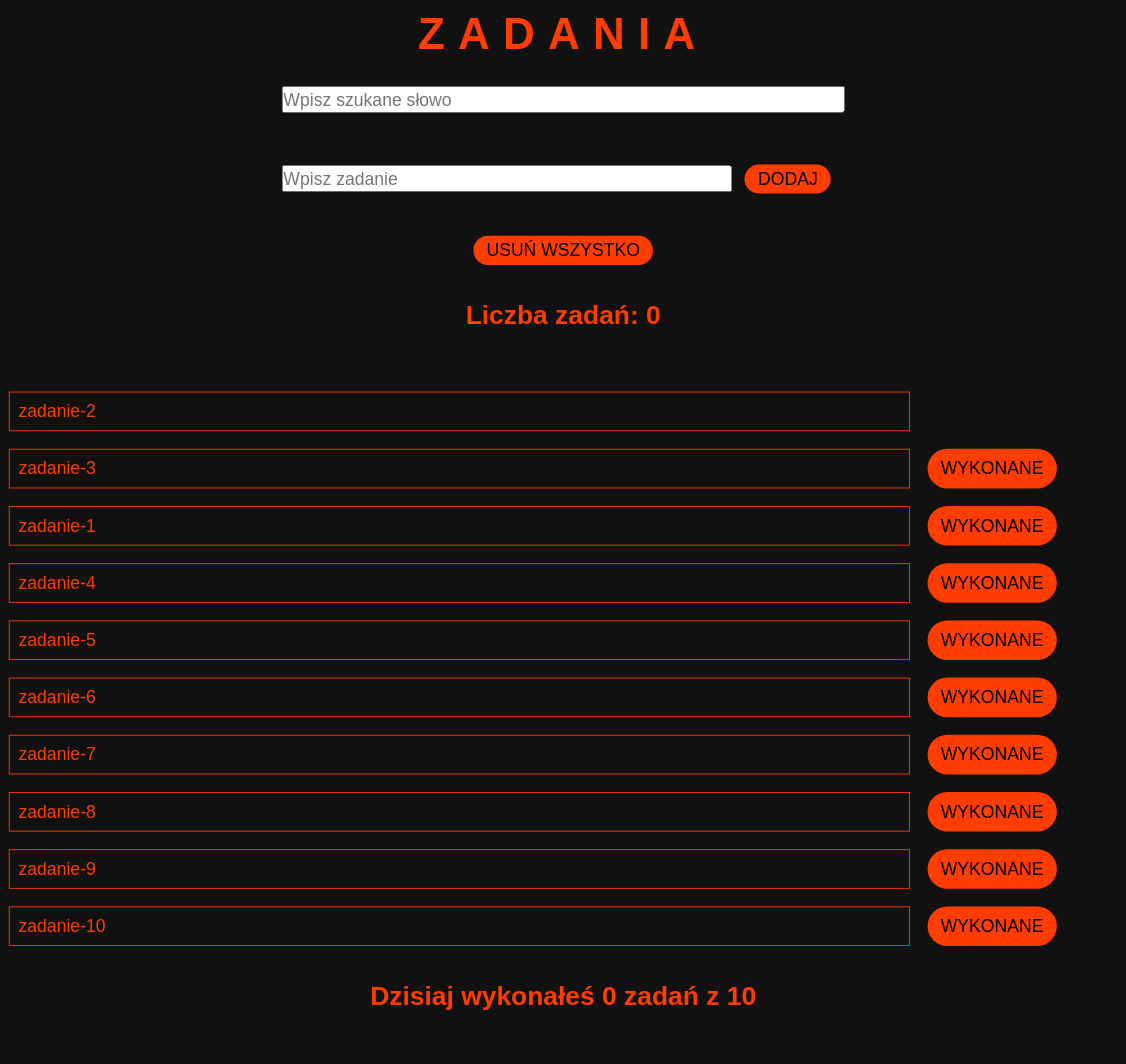
Repository: RobertDsr/To-Do-List
Page: index.html
The author's editor kept a copy of each file at every save. The page is drawn from the files as they stood at one save, then again after the next save.
The browser window is 1280 px wide. The pictures show the whole page, at 88% of full size.
The style sheet was rebuilt from its Sass, Less or Tailwind sources for each picture, by a compiler version that may differ from the author's.

Above is the page before, as saved 2022-01-06 08:31:00.

### index.html
<!DOCTYPE html>
<html lang="en">

<head>
    <meta charset="UTF-8">
    <meta http-equiv="X-UA-Compatible" content="IE=edge">
    <meta name="viewport" content="width=device-width, initial-scale=1.0">
    <title>To Do List</title>
    <link rel="stylesheet" href="css/style.min.css">
</head>

<body>
    <section class="main-wrapper">
        <h1 class="title">ZADANIA</h1>
        <input class="search" type="text" placeholder="Wpisz szukane słowo">
        <form class="add-task" action="">
            <input class="add-task__input" type="text" placeholder="Wpisz zadanie">
            <button class="btn btn--small">DODAJ</button>
        </form>
        <button class="btn btn--large">USUŃ WSZYSTKO</button>
        <h2 class="title-count-task">Liczba zadań: <span class="count-task">0</span></h2>
            <ul class="list">
                <li class="list__item">zadanie-2</li>

                <li class="list__item">zadanie-3</li>
                <button class="btn btn--medium">WYKONANE</button>
                <li class="list__item">zadanie-1</li>
                <button class="btn btn--medium">WYKONANE</button>
                <li class="list__item">zadanie-4</li>
                <button class="btn btn--medium">WYKONANE</button>
                <li class="list__item">zadanie-5</li>
                <button class="btn btn--medium">WYKONANE</button>
                <li class="list__item">zadanie-6</li>
                <button class="btn btn--medium">WYKONANE</button>
                <li class="list__item">zadanie-7</li>
                <button class="btn btn--medium">WYKONANE</button>
                <li class="list__item">zadanie-8</li>
                <button class="btn btn--medium">WYKONANE</button>
                <li class="list__item">zadanie-9</li>
                <button class="btn btn--medium">WYKONANE</button>
                <li class="list__item">zadanie-10</li>
                <button class="btn btn--medium">WYKONANE</button>
            </ul>
        <h2 class="title-count-task">Dzisiaj wykonałeś <span class="count-task">0</span> zadań z <span
                class="count-task">10</span></h2>
    </section>

    <script src="/js/main.js"></script>
</body>

</html>

### js/main.js
const removeTask = (e) => {

}

document.querySelectorAll('.btn--medium').forEach(btn => btn.addEventListener('click', removeTask));
const li = document.querySelectorAll('list__item');

### sass/style.scss
@import "variables";
@import "reset";
@import "base";
@import "main";

### sass/_variables.scss
:root {
    --bg-main-color: rgb(17, 17, 17);
    --font-main-color: rgb(255, 61, 0);
    --btn-bg-color: rgb(255, 61, 0);
}

### sass/_base.scss
body {
    background-color: var(--bg-main-color);
    font-family: Arial, Helvetica, sans-serif;
    color: var(--font-main-color);
}

button {
    background-color: var(--btn-bg-color);
    border: none;
    margin: 10px;
    padding: 5px 15px;
    border-radius: 2em;
    font-size: 20px;
    cursor: pointer;
}

### sass/_main.scss
.main-wrapper {
    display: flex;
    flex-direction: column;
}

.title {
    margin: 10px;
    text-align: center;
    font-size: 50px;
    letter-spacing: 0.3em;
}

.search {
    margin: 20px auto;
    min-height: 30px;
    min-width: 50%;
    font-size: 20px;
}

.add-task {
    margin: 20px auto;
    min-width: 50%;
}

.add-task__input {
    margin: 20px auto;
    min-height: 30px;
    min-width: 80%;
    font-size: 20px;
}

.btn--large {
    margin: 10px auto;
}

.title-count-task {
    margin: 30px 30px 60px;
    text-align: center;
    font-size: 30px;
}

.list {
    display: flex;
    flex-wrap: wrap;
}

.list__item {
    flex-basis: 80%;
    font-size: 20px;
    margin: 10px;
    padding: 10px;
    border: 1px solid ;
}

Loaded but not shown: sass/_reset.scss (common file)

After the next save:
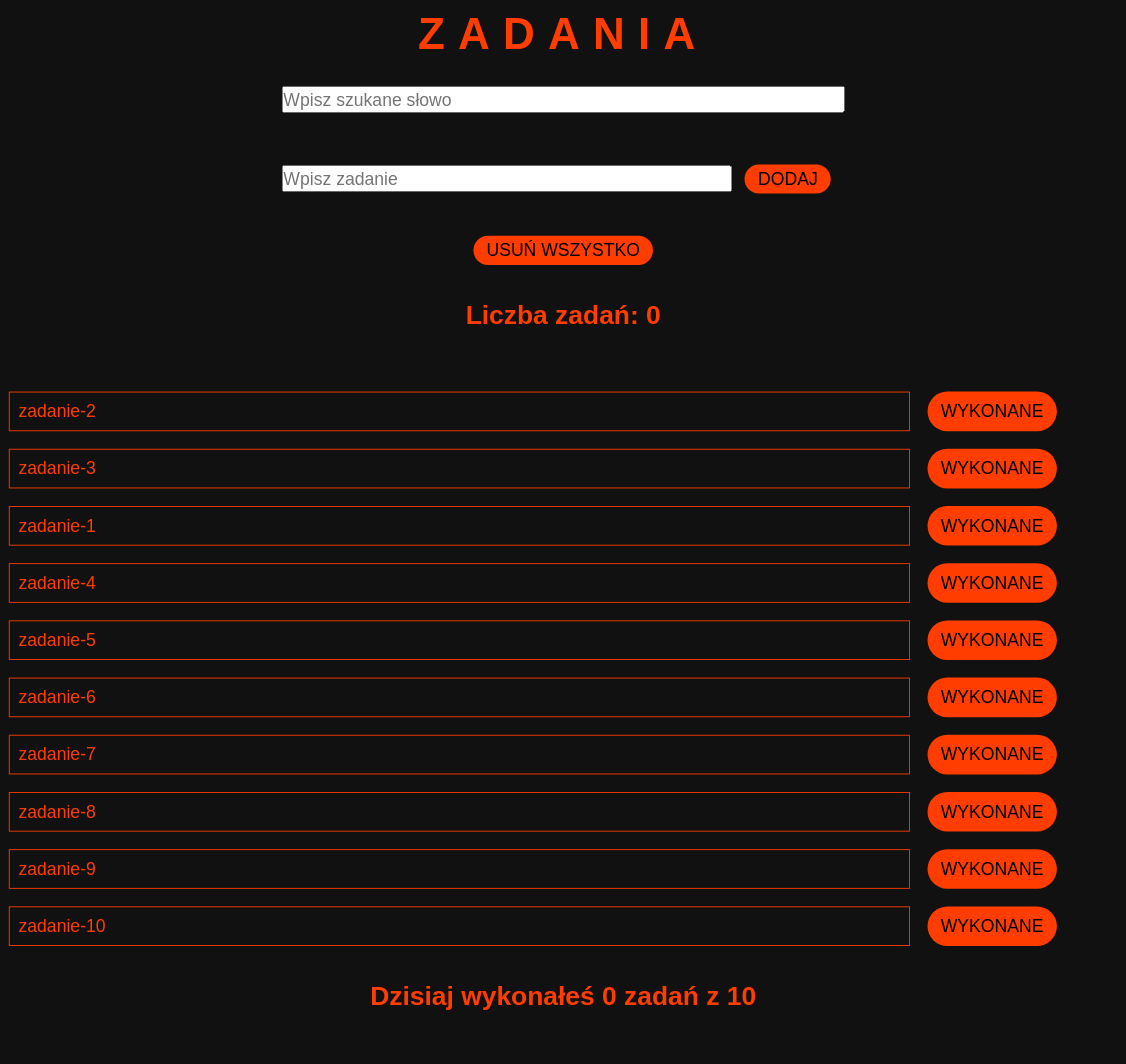
Saved 4 s later.
--- a/index.html
+++ b/index.html
@@ -21,7 +21,7 @@
         <h2 class="title-count-task">Liczba zadań: <span class="count-task">0</span></h2>
             <ul class="list">
                 <li class="list__item">zadanie-2</li>
-
+                <button class="btn btn--medium">WYKONANE</button>
                 <li class="list__item">zadanie-3</li>
                 <button class="btn btn--medium">WYKONANE</button>
                 <li class="list__item">zadanie-1</li>
